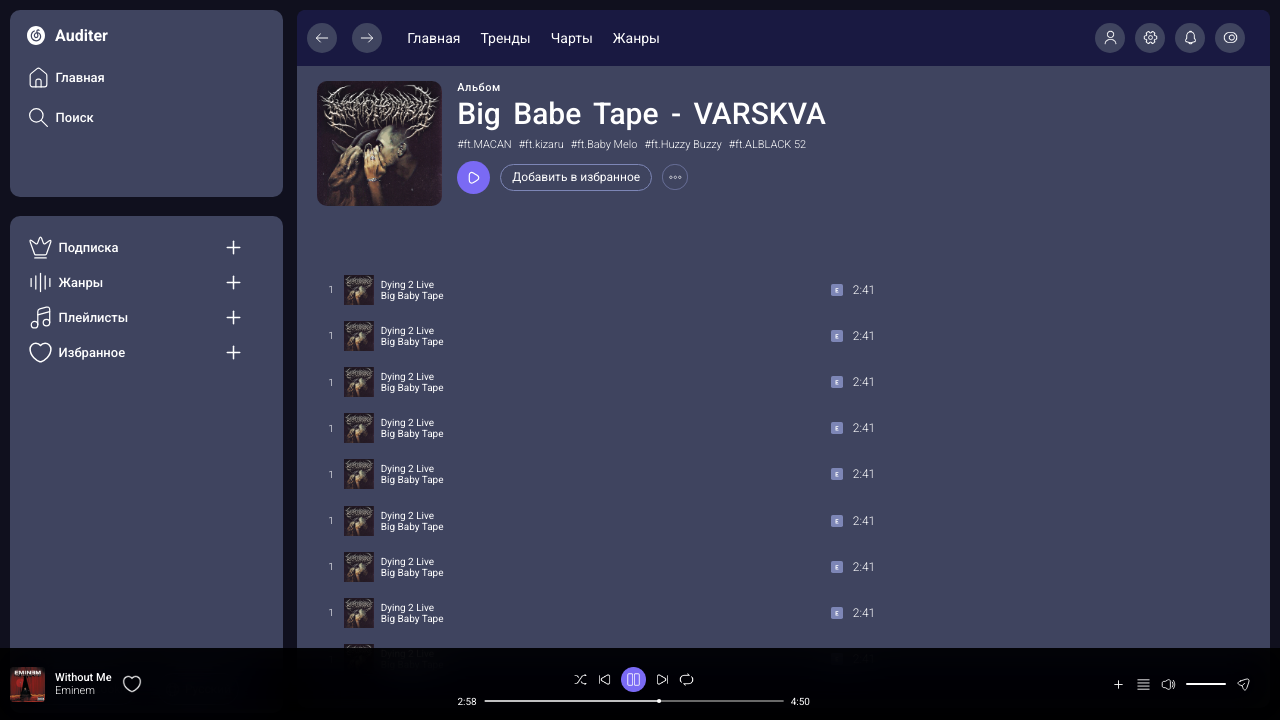
Repository: MaksimKrupkin/music_app
Page: /tracklist
An editor plug-in stored every save of this project. The page is shown before and after the next save, followed by the edit.
The browser window is 1280 px wide. The pictures show the whole page.
The project was rebuilt for these pictures with package versions that can differ from the ones it lists, and the page was loaded fresh each time. Also part of the build but not shown: vite.config.ts, src/Pages/MainPage_demo/MainPage_demo.module.scss, src/Components/MainScreenDemo/MainScreenDemo.module.scss, src/Components/MainScreenHeaderDemo/MainScreenHeaderDemo.module.scss, src/Components/MainScreenHeaderDemo/MainScreenHeaderDemo.tsx, src/Components/MainScreenDemo/Charts/Charts.module.scss, src/Components/MainScreenDemo/Charts/Charts.tsx, src/Components/Card/Card.module.scss and 11 more.

Above is the page before, as saved 2024-02-26 11:17:11.

After the next save:
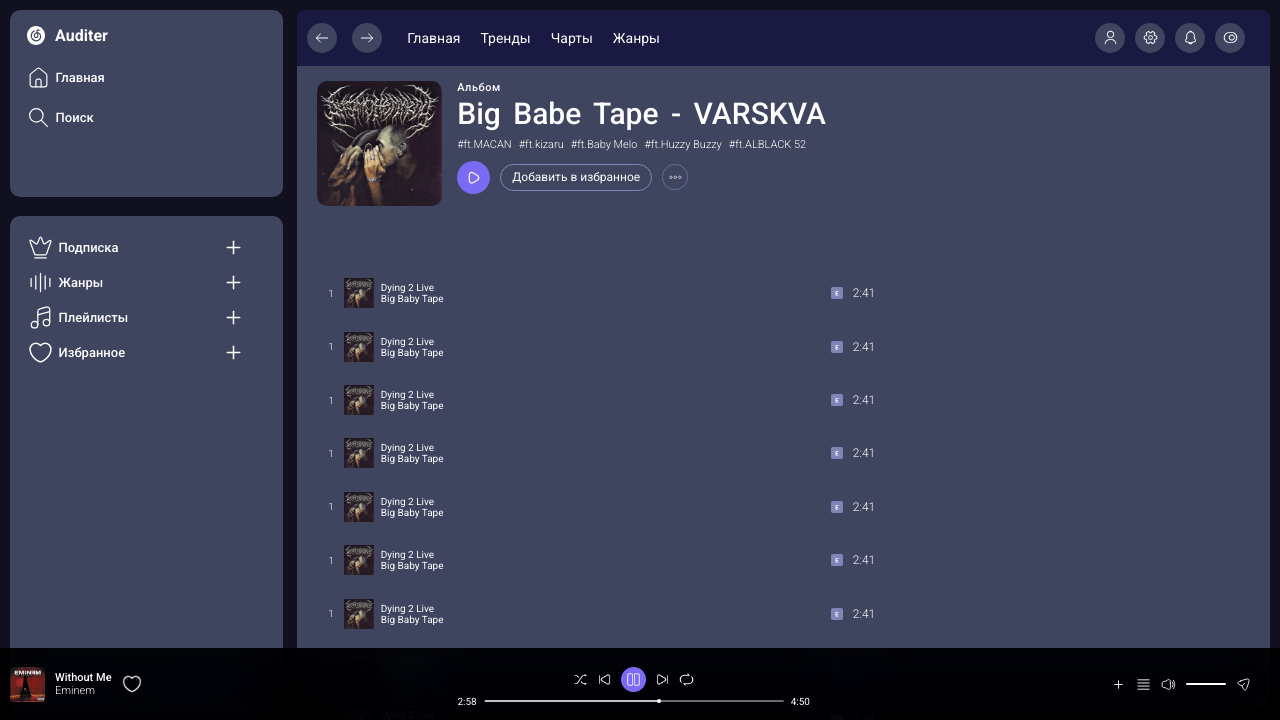
Saved 11 s later.
--- a/src/Components/TrackListScreen/Track/Track.module.scss
+++ b/src/Components/TrackListScreen/Track/Track.module.scss
@@ -1,6 +1,6 @@
 .track_wrapper {
   width: 100%;
-  height: 6vh;
+  height: 7vh;
   box-sizing: border-box;
   border-radius: 10px;
   display: flex;
